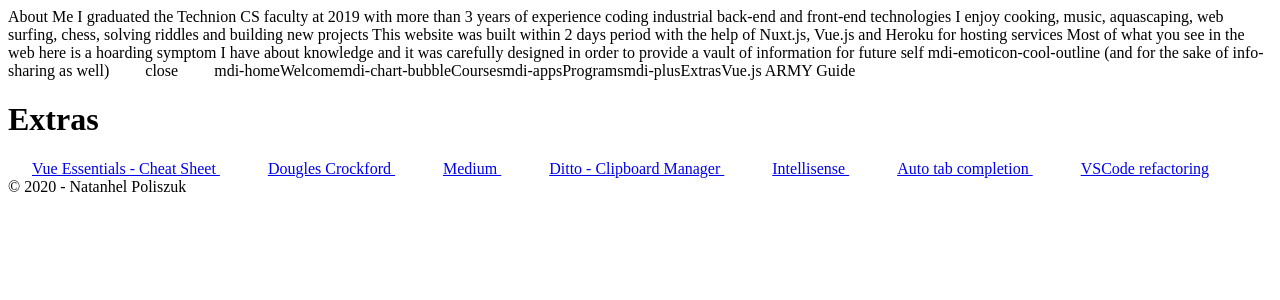
Repository: Natanhel/zvguide
Page: /Extras
An editor plug-in stored every save of this project. The page is shown before and after the next save, followed by the edit.
The browser window is 1280 px wide. The pictures show the whole page.
The project was rebuilt for these pictures with package versions that can differ from the ones it lists, and the page was loaded fresh each time. The framework's server and built-in components were replaced by stand-ins that run in the browser. Also part of the build but not shown: layouts/error.vue.

Above is the page before, as saved 2020-03-22 11:53:37.

### layouts/default.vue
<template>
  <v-app dark>
    <v-dialog
      v-model="aboutMe"
      max-width="450"
    >
      <v-card>
        <v-card-title>About Me</v-card-title>
        <v-card-text>
          I graduated the Technion CS faculty at 2019
          with more than 3 years of experience coding
          industrial back-end and front-end technologies
        </v-card-text>

        <v-card-text>
          I enjoy cooking, music, aquascaping, web surfing,
          chess, solving riddles and building new projects
        </v-card-text>

        <v-card-text>
          This website was built within 2 days period
          with the help of Nuxt.js, Vue.js and Heroku
          for hosting services
        </v-card-text>

        <v-card-text>
          Most of what you see in the web here
          is a hoarding symptom I have about knowledge and
          it was carefully designed in order to provide a
          vault of information for future self
          <v-icon>mdi-emoticon-cool-outline</v-icon>
        </v-card-text>
        <v-card-text>
          (and for the sake of info-sharing as well)
        </v-card-text>
        <v-card-action>
          <v-btn class="closeBtn" color="primary" @click="aboutMe = !aboutMe">
            close
          </v-btn>
        </v-card-action>
      </v-card>
    </v-dialog>
    <v-navigation-drawer
      v-model="drawer"
      :mini-variant="miniVariant"
      :clipped="clipped"
      fixed
      app
    >
      <v-list>
        <v-list-item
          v-for="(item, i) in items"
          :key="i"
          :to="item.to"
          router
          exact
        >
          <v-list-item-action>
            <v-icon>{{ item.icon }}</v-icon>
          </v-list-item-action>
          <v-list-item-content>
            <v-list-item-title v-text="item.title" />
          </v-list-item-content>
        </v-list-item>
      </v-list>
    </v-navigation-drawer>
    <v-app-bar
      :clipped-left="clipped"
      fixed
      app
    >
      <v-app-bar-nav-icon @click.stop="drawer = !drawer" />
      <v-toolbar-title v-text="title" />
      <v-spacer />
    </v-app-bar>
    <v-content>
      <v-container>
        <nuxt />
      </v-container>
    </v-content>
    <v-footer
      :fixed="fixed"
      app
    >
      <span @click="aboutMe = !aboutMe">&copy; {{ new Date().getFullYear() }} - Natanhel Poliszuk</span>
    </v-footer>
  </v-app>
</template>

<script>
export default {
  name: 'Default',
  data () {
    return {
      aboutMe: false,
      clipped: false,
      drawer: false,
      fixed: false,
      items: [
        {
          icon: 'mdi-home',
          title: 'Welcome',
          to: '/'
        },
        {
          icon: 'mdi-chart-bubble',
          title: 'Courses',
          to: '/courses'
        },
        {
          icon: 'mdi-apps',
          title: 'Programs',
          to: '/programs'
        },
        {
          icon: 'mdi-plus',
          title: 'Extras',
          to: '/extras'
        }
      ],
      miniVariant: false,
      right: false,
      rightDrawer: false,
      title: 'Vue.js ARMY Guide'
    }
  }
}
</script>

<style>
.closeBtn{
  padding: 1em;
  margin: 1em;
}
</style>

### pages/Extras.vue
<template>
  <div>
    <h1>Extras</h1>
    <v-card
      v-for="(link,index) in links"
      id="linkCard"
      :key="index"
    >
      <a
        :href="link.ref"
        target="_blank"
      >
        {{ link.title }}
      </a>
    </v-card>
  </div>
</template>

<script>
export default {
  data () {
    return {
      links: require('@/assets/extras.json')
    }
  }
}
</script>

<style>
#linkCard{
    padding: 1em;
    margin: 0.5em;
}

</style>

### assets/extras.json
[
  {
    "ref": "https://www.vuemastery.com/pdf/Vue-Essentials-Cheat-Sheet.pdf",
    "title": "Vue Essentials - Cheat Sheet"
  },
  {
    "ref": "https://www.crockford.com/",
    "title": "Dougles Crockford"
  },
  {
    "ref": "https://www.medium.com/",
    "title": "Medium"
  },
  {
    "ref": "https://ditto-cp.sourceforge.io/",
    "title": "Ditto - Clipboard Manager"
  },
  {
    "ref": "https://code.visualstudio.com/docs/languages/javascript#_intellisense",
    "title": "Intellisense"
  },
  {
    "ref": "https://code.visualstudio.com/docs/editor/intellisense#_tab-completion",
    "title": "Auto tab completion"
  },
  {
    "ref": "https://code.visualstudio.com/docs/editor/refactoring",
    "title": "VSCode refactoring"
  }
]

After the next save:
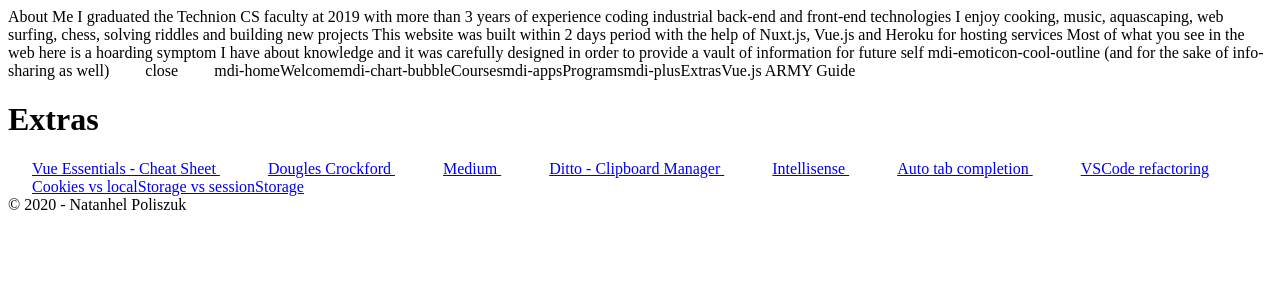
Saved 3 min 28 s later.
--- a/assets/extras.json
+++ b/assets/extras.json
@@ -26,5 +26,9 @@
   {
     "ref": "https://code.visualstudio.com/docs/editor/refactoring",
     "title": "VSCode refactoring"
+  },
+  {
+    "ref": "https://www.youtube.com/watch?v=AwicscsvGLg",
+    "title": "Cookies vs localStorage vs sessionStorage"
   }
 ]
